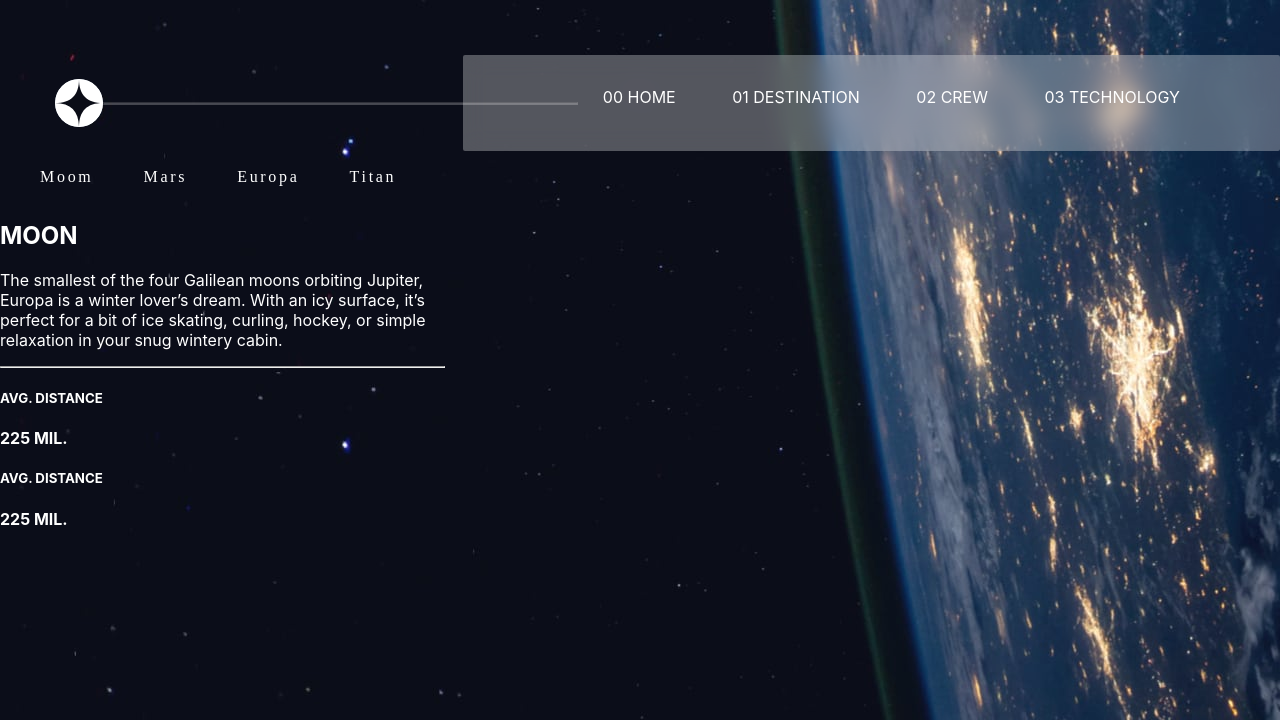
Repository: jhonenmanuel1/FrontEndMentor-MultiPageSpace
Page: /
The author's editor kept a copy of each file at every save. The page is drawn from the files as they stood at one save, then again after the next save.
The browser window is 1280 px wide. The pictures show the whole page.
The project was rebuilt for these pictures with package versions that can differ from the ones it lists, and the page was loaded fresh each time. Also part of the build but not shown: src/views/home.js.

Above is the page before, as saved 2022-06-23 23:10:39.

After the next save:
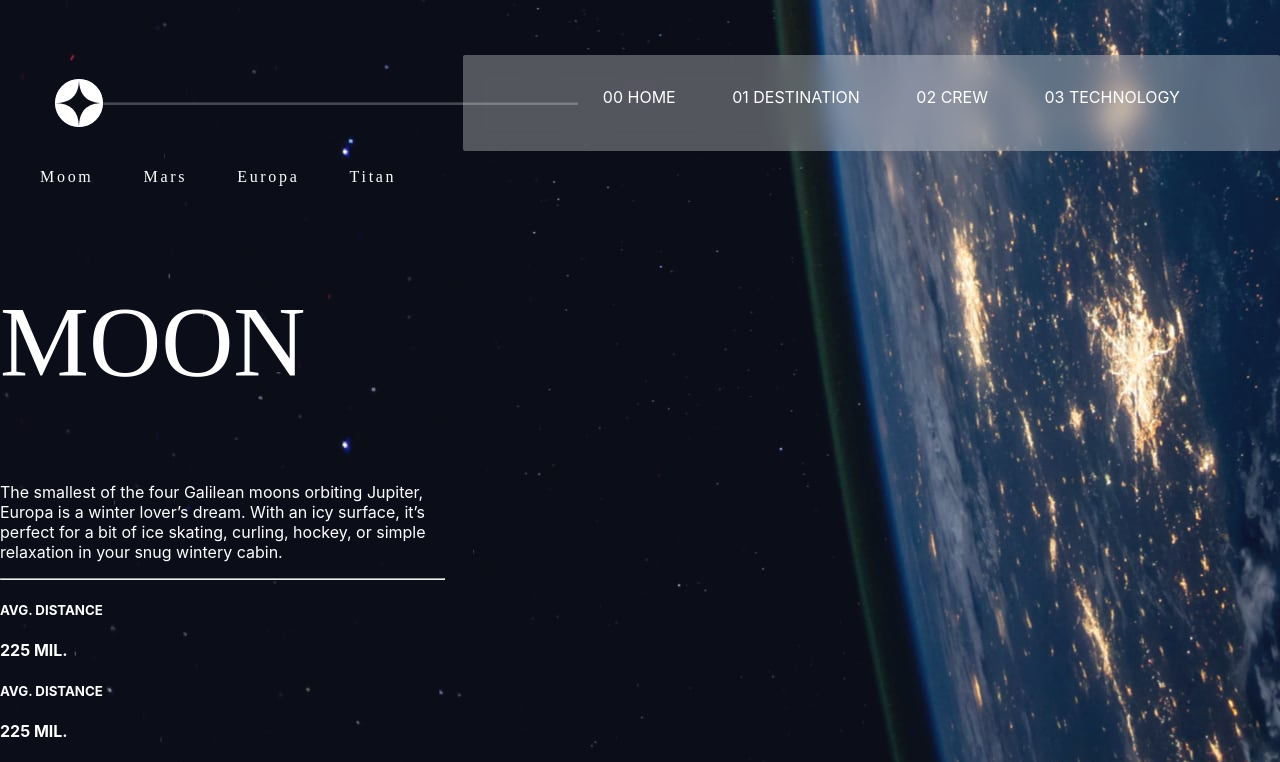
Saved 39 s later.
--- a/src/styles/planetcardinfo.module.css
+++ b/src/styles/planetcardinfo.module.css
@@ -27,5 +27,10 @@
 }
 .planetCardTitle{
     max-width: 273px;
+    font-family: 'Bellefair';
+font-style: normal;
+font-weight: 400;
+font-size: 100px;
+line-height: 115px;
 
 }
